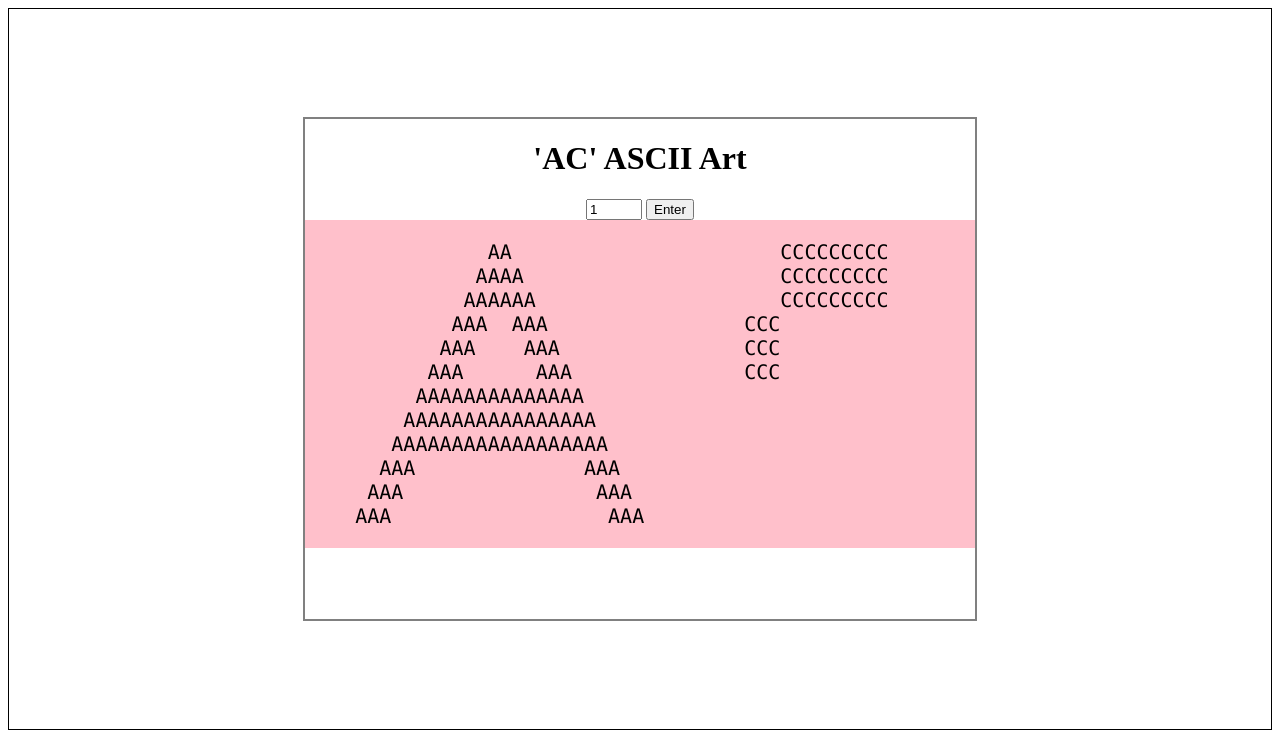
Repository: Achorn/ascii-art
Page: index.html
An editor plug-in stored every save of this project. The page is shown before and after the next save, followed by the edit.
The browser window is 1280 px wide. The pictures show the whole page.

Above is the page before, as saved 2021-08-09 20:29:40.

After the next save:
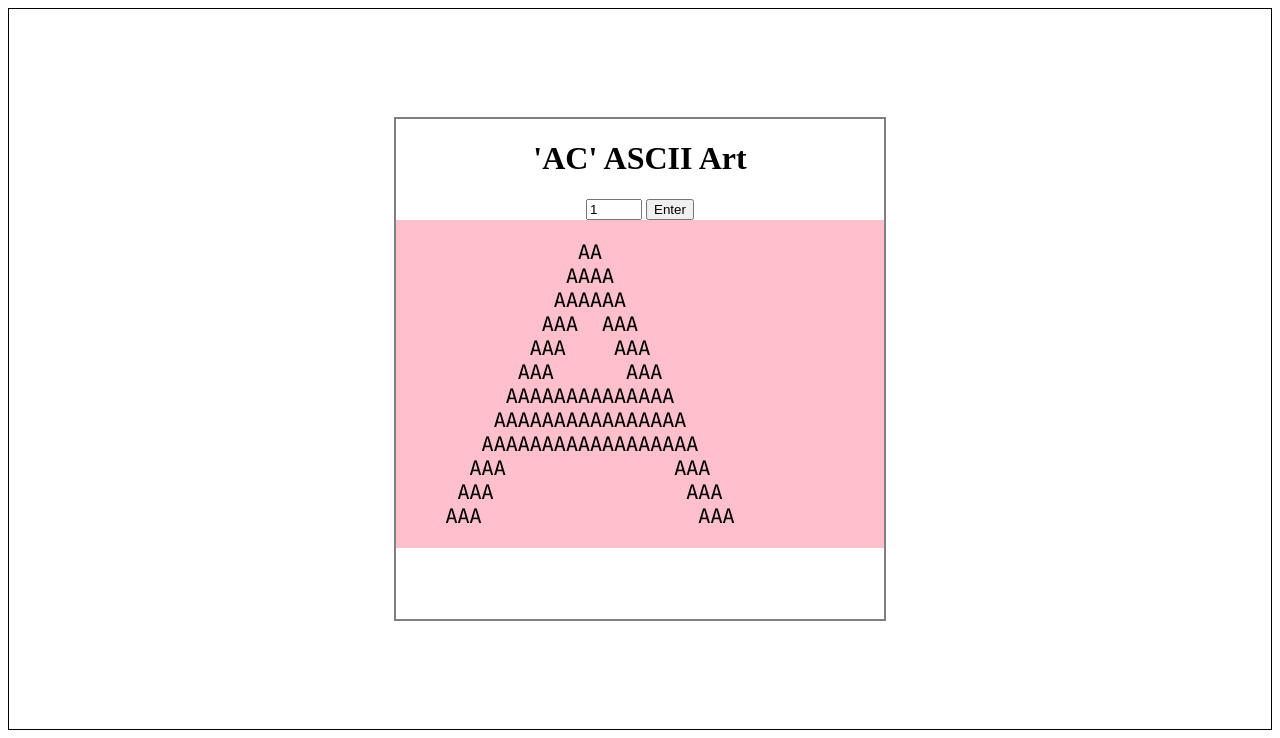
Console error: ReferenceError: halfCToString is not defined
Saved 16 s later.
--- a/myscripts.js
+++ b/myscripts.js
@@ -115,5 +115,5 @@ monoC.style.fontSize = `${60 / scale}px`;
 
 // monoC.style.fontSize = `${4 / scale}em`;
 monoA.innerHTML = halfAToString(scaledFour);
-monoC.innerHTML = arrToString(scaledC);
+monoC.innerHTML = halfCToString(scaledC);
 // mono.innerHTML += arrToString(scaleSpread(eight, 1));

After the 2 saves that followed:
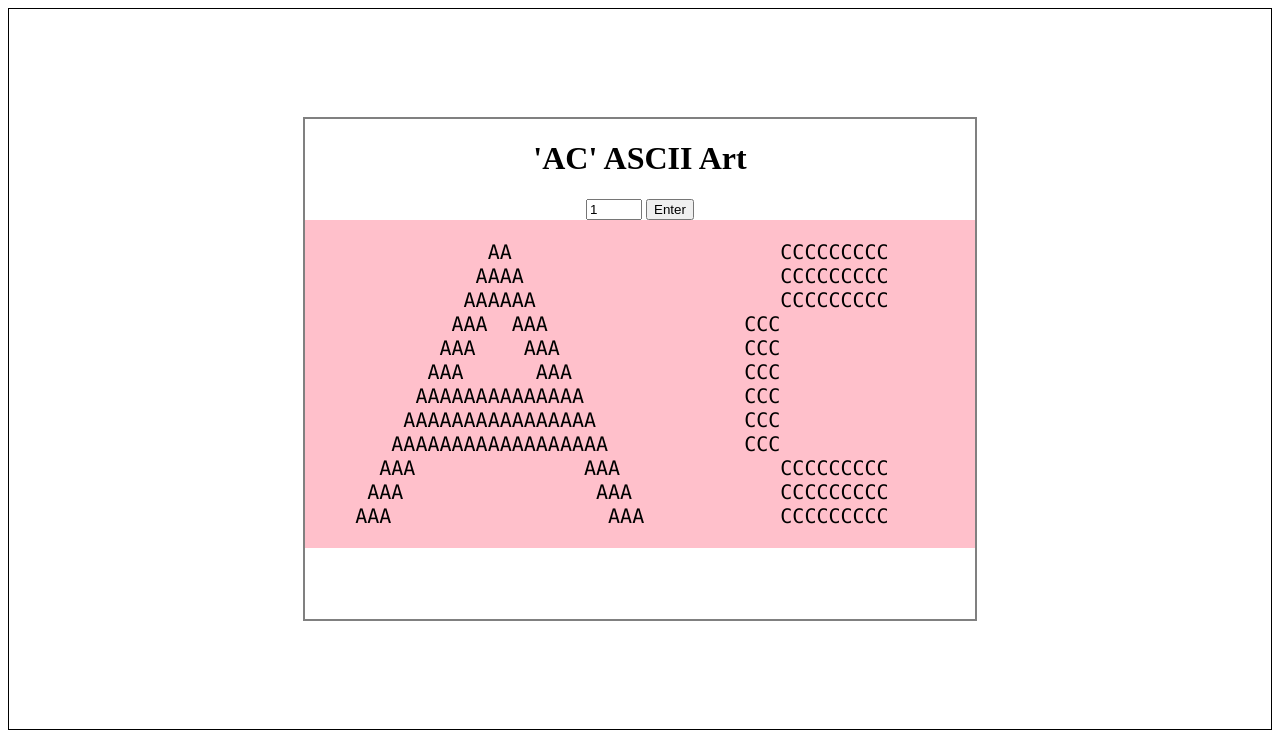
The error is gone.
The 2 saves are shown as one change because 1 left the picture as it was.
The last was saved 54 s later.
--- a/myscripts.js
+++ b/myscripts.js
@@ -71,7 +71,8 @@ function halfAToString(arr) {
   }
   return string;
 }
-function halfCtoString(arr) {
+
+function halfCToString(arr) {
   let string = "";
   for (let i = 0; i < arr.length; i++) {
     string += arr[i].join("");
